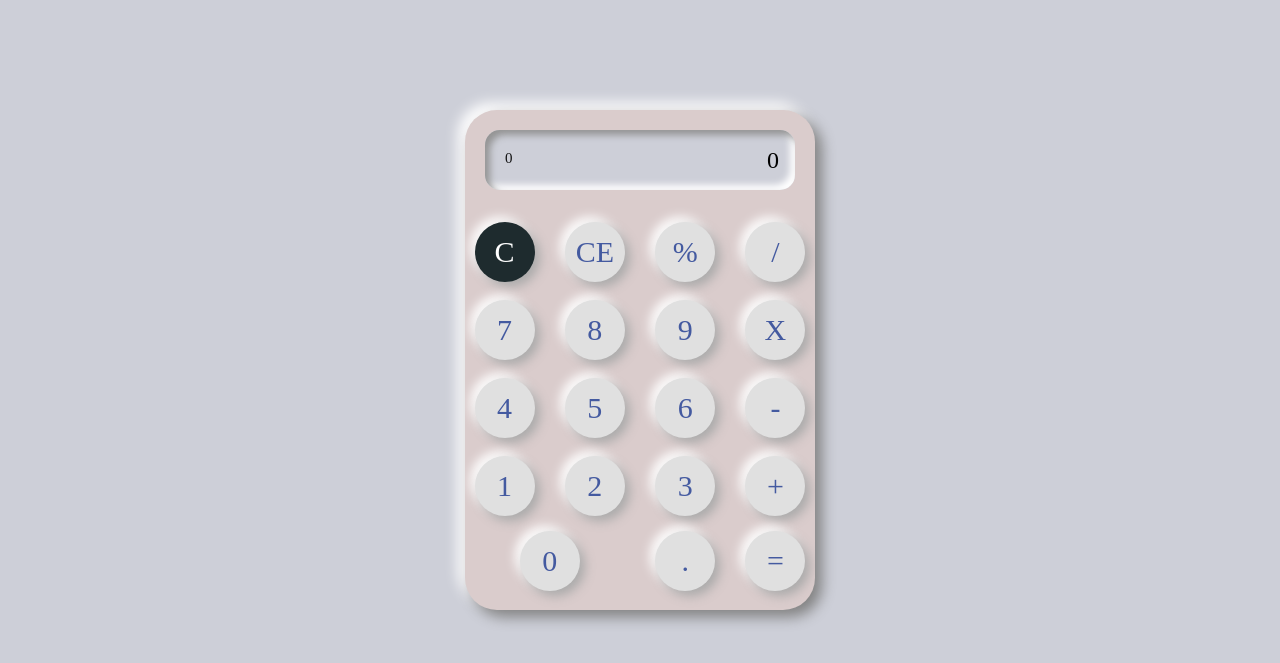
Repository: Goldmyn/Calculator
Page: index.html
These files come from the project's save history. The page is drawn as it stood at one moment and after the next save; the edit follows.
The browser window is 1280 px wide. The pictures show the whole page.
The pointer rests on the first visible `.button`.

Above is the page before, as saved 2022-09-28 02:35:51.

After the next save:
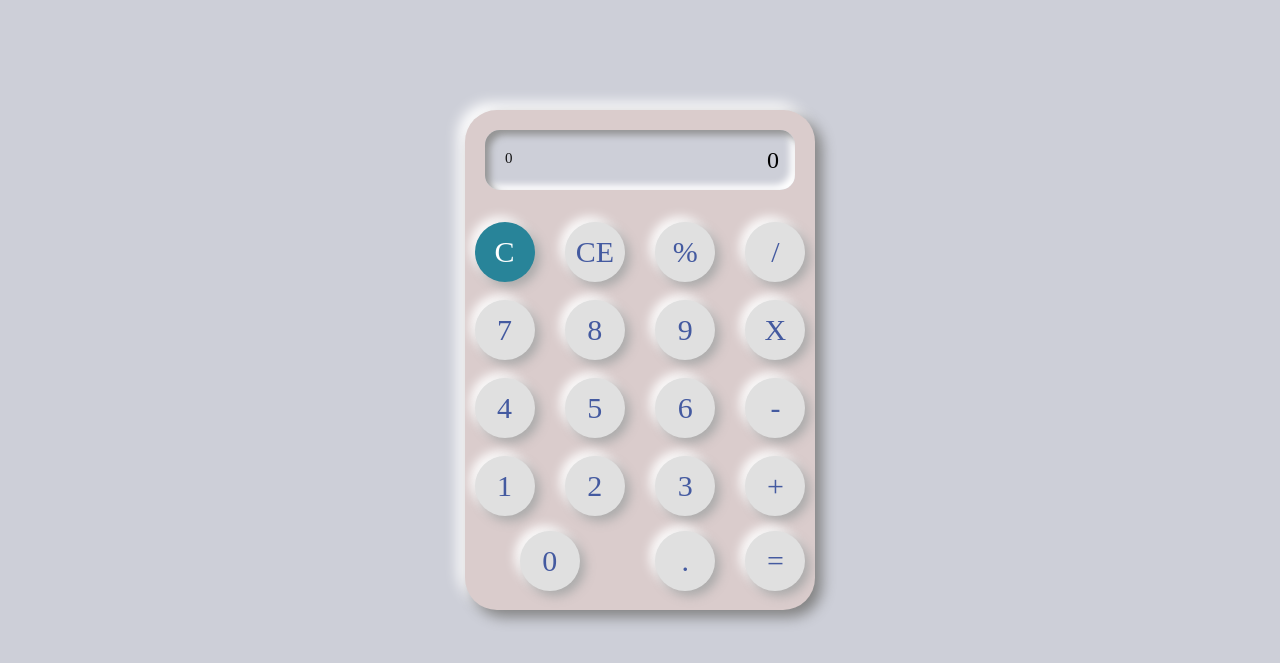
Saved 57 s later.
--- a/index.css
+++ b/index.css
@@ -86,7 +86,7 @@ section {
 }
 
 .button:hover {
-    background-color: rgb(30, 43, 46);
+    background-color: rgb(40, 132, 153);
     color: white;
 }
 
